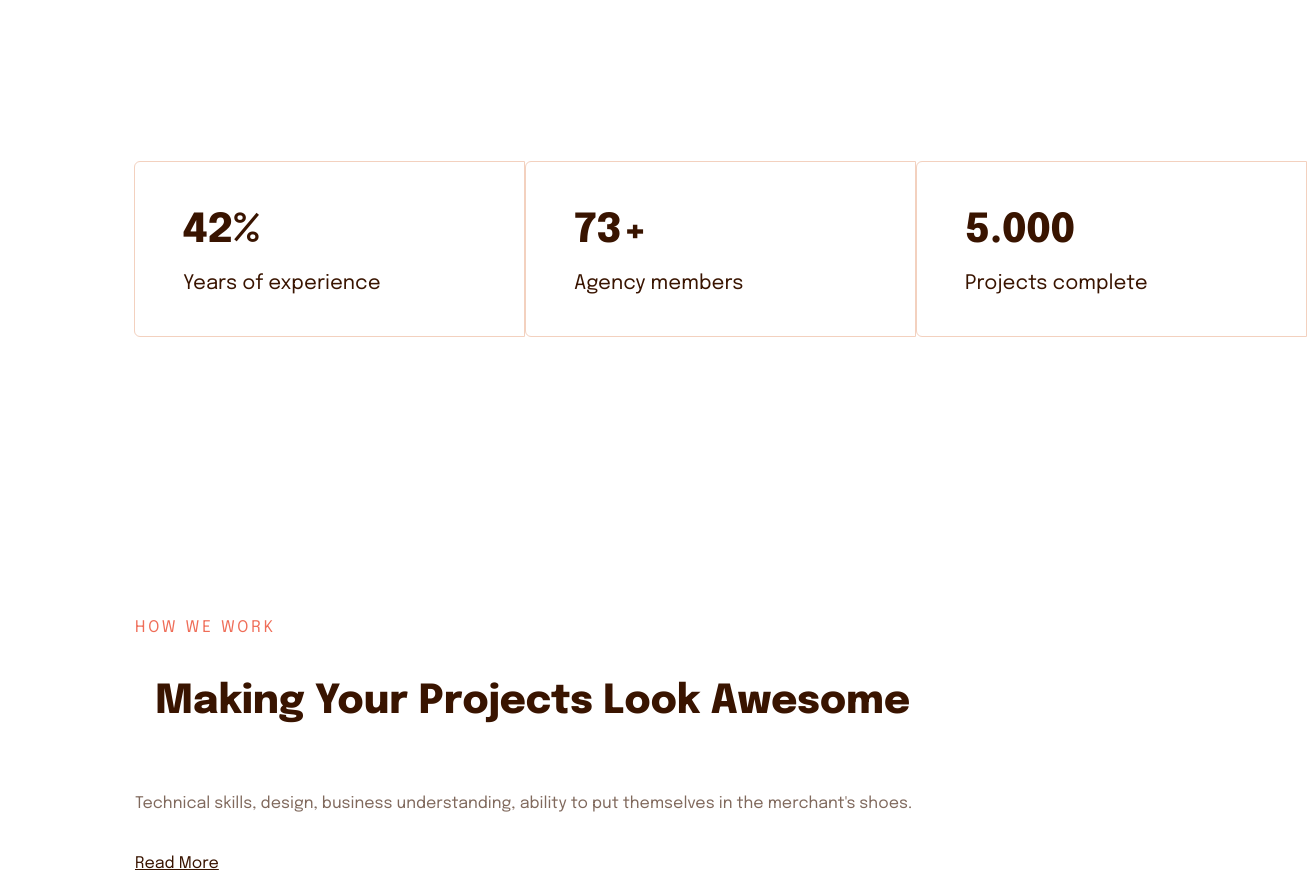
Repository: MehdiKerimov/Figma-task-7
Page: index.html
These files come from the project's save history. The page is drawn as it stood at one moment and after the next save; the edit follows.
The browser window is 1280 px wide. The page is 1307 px wide, so the pictures cover 1307 px, including what lies to the right of the window. The pictures show the whole page.

Above is the page before, as saved 2023-08-30 11:57:19.

After the next save:
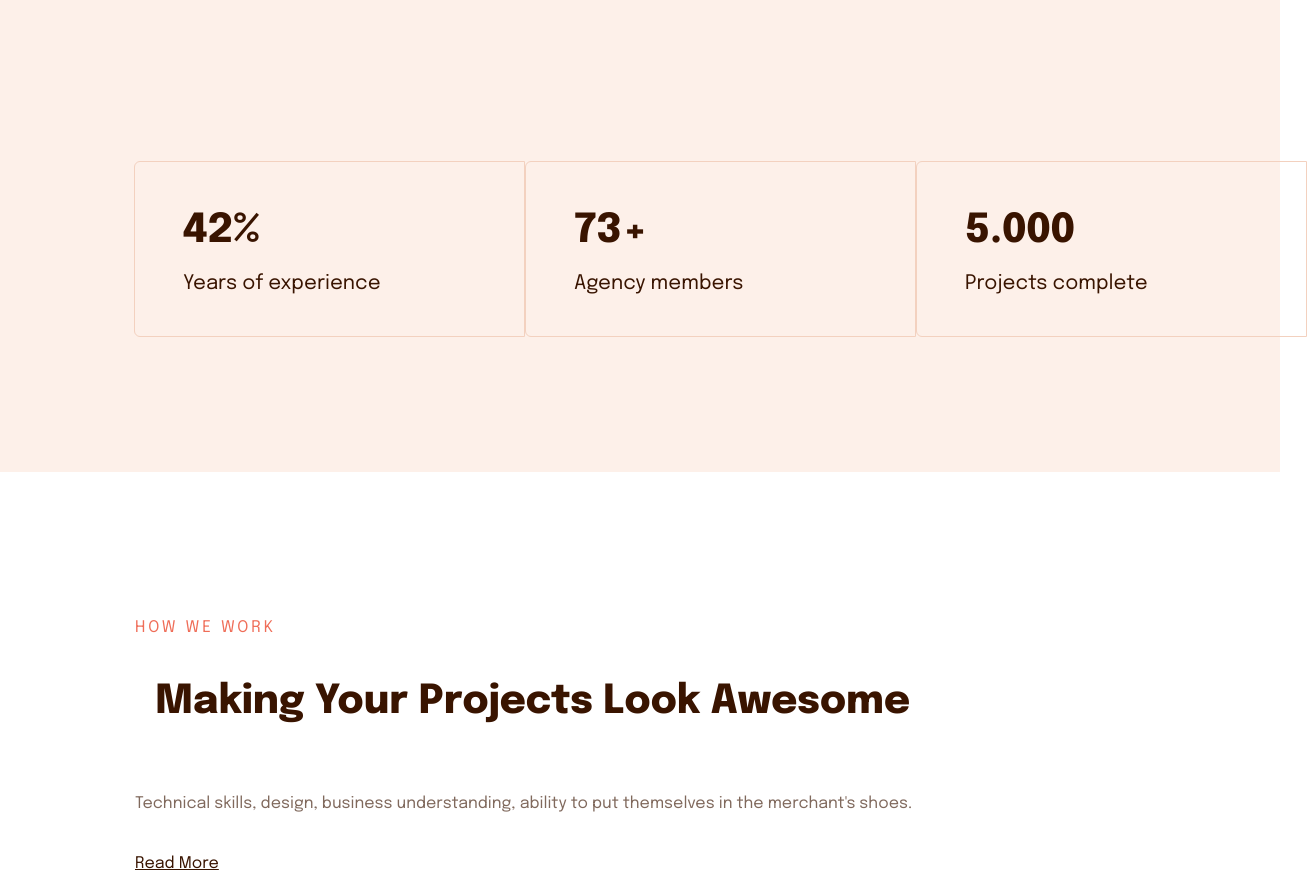
Saved 21 s later.
--- a/index.css
+++ b/index.css
@@ -7,6 +7,8 @@
 .container {
   display: flex;
   padding: 161px 134px 135px 134px;
+  background: #FDF0E9;
+
 }
 .box-1 {
   width: 391px;
